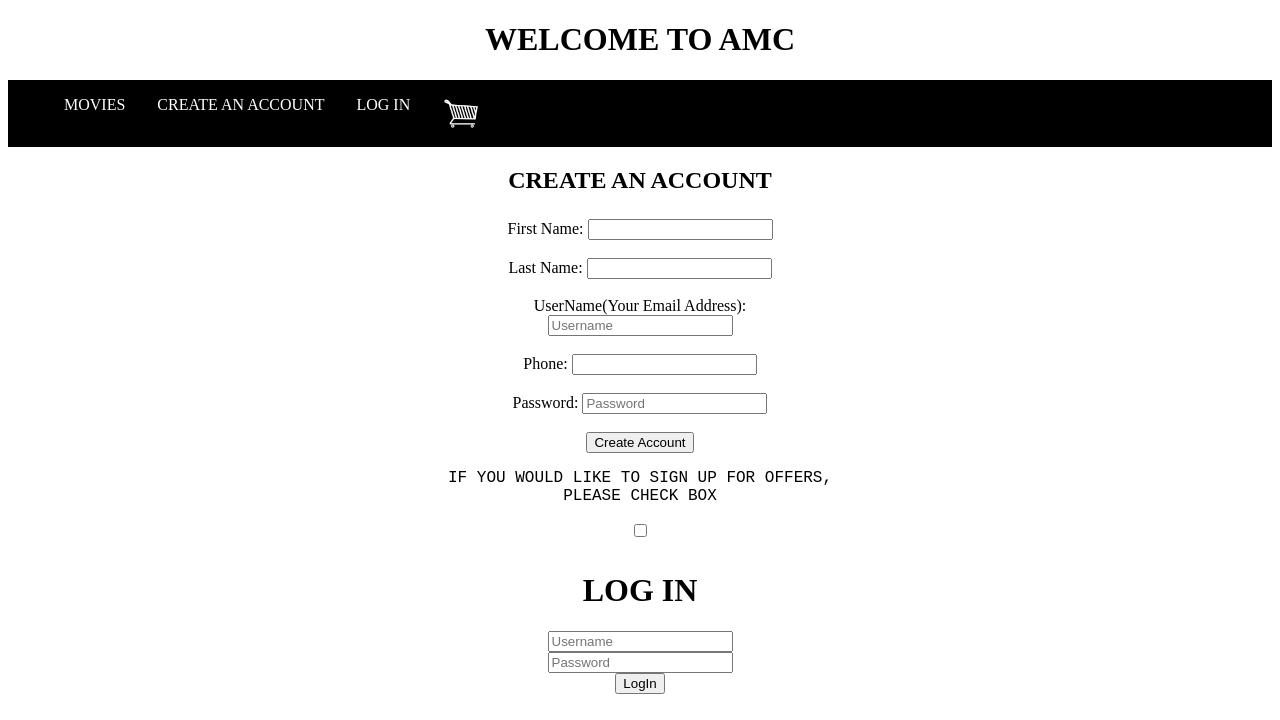
Repository: TagninaShama/CoreJavaJune2020
Page: http://localhost/FinalProject/addAccountForm
These files come from the project's save history. The page is drawn as it stood at one moment and after the next save; the edit follows.
The browser window is 1280 px wide. The pictures show the whole page.
The page is served by Tomcat 9. Other server files are loaded and not shown.

Above is the page before, as saved 2019-11-24 19:38:04.

### FinalProject/WebContent/CreateAccount.jsp
<!DOCTYPE html>
<html>
<head>
<meta charset="ISO-8859-1">
<link href="style.css" type="text/css" rel="stylesheet">
<title>AMC Theaters: Create An Account</title>
</head>

<body>
<header>
<h1><center>Welcome to AMC </center></h1>
<nav>
<ul>
<li><a href="MovieServlet">Movies</a></li>
<li><a href="addAccountForm">Create an Account</a></li>
<li><a href="LogInForm">Log In </a></li>
<li><a href="cart.jsp" id="cartLogo"><img src="images/cart2.png" alt="" id="cartLogo"/></a></li>
</ul>
</nav>
</header>

<h2><center>Create An Account</center></h2>

<form name=addForm action=AddAccount method=post>
<label>First Name:</label>
<input type="text" name="firstName"  value=""/>
<br><br>
<label>Last Name:</label>
<input type="text" name="lastName"  value=""/>
<br><br>
<label>UserName(Your Email Address):</label>
<input type ="text" name="emailAddress" placeholder="Username" required>
<br><br>
<label>Phone:</label>
<input type="text" name="customerPhoneNo"  value=""/>
<br><br>
<label>Password:</label>
<input type = "password" name="password" placeholder="Password" required>
<br><br>
<input type="submit" name="submit" value="Create Account"/>
<br>
<p>If you would like to sign up for offers, please check box </p>
<input type="checkbox" name="subscribe" value="Subscribe For Emails"/>

</form>


<form id = "LogIn" action= "LogIN" method="POST">
<h1>Log In</h1>

<input type ="text" name="username" placeholder="Username" required> <br>
<input type = "password" name="password" placeholder="Password" required> <br>
<input type="submit"value="LogIn"> <br>
${errorMessage}
</form>


</body>
</html>

### FinalProject/src/controller/AddAccountFormServlet.java
package controller;

import java.io.IOException;

import javax.servlet.RequestDispatcher;
import javax.servlet.ServletException;
import javax.servlet.annotation.WebServlet;
import javax.servlet.http.HttpServlet;
import javax.servlet.http.HttpServletRequest;
import javax.servlet.http.HttpServletResponse;


/**
 * Servlet implementation class AddAccountFormServlet
 */
@WebServlet("/addAccountForm")
public class AddAccountFormServlet extends HttpServlet {
	private static final long serialVersionUID = 1L;

    /**
     * @see HttpServlet#HttpServlet()
     */
    public AddAccountFormServlet() {
        super();
        // TODO Auto-generated constructor stub
    }

	/**
	 * @see HttpServlet#doGet(HttpServletRequest request, HttpServletResponse response)
	 */
    protected void doGet(HttpServletRequest request, HttpServletResponse response) throws ServletException, IOException {
		doPost(request, response);
	}

	/**
	 * @see HttpServlet#doPost(HttpServletRequest request, HttpServletResponse response)
	 */
	protected void doPost(HttpServletRequest request, HttpServletResponse response) throws ServletException, IOException {
		String url = "CreateAccount.jsp";

		RequestDispatcher dispatcher = request.getRequestDispatcher(url);
		dispatcher.forward(request, response);
	}


}

### FinalProject/WebContent/style.css
@charset "ISO-8859-1";

p{
	text-align: center;
	font-size:16px;
	color:black;
	text-transform: uppercase;
	font-family:"Courier new", Verdana, Times;
}

ul {
	list-style-type: none;
	margin: auto;
	padding: auto;
	overflow: hidden;
	background-color: black;

}

li {
	float: left;
}

li a, #username {
	display: block;
	color: white;
	text-align: center;
	padding: 16px 16px;
	text-decoration: none;

}

li a:hover {
	background-color: red;
	margin: auto;
	padding: auto;
	overflow: hidden;
}

form {
	margin-left: auto;
	margin-right: auto;
	text-align: center;
	padding: 5px;
	width: 400px;

}

img, td{
	height: 300px;
	width: 225px;
}


#cartLogo {
	height: 35px;
	width: 40px;
	background-color: black;
	float: right;
	text-align: right;
	margin: auto;
	padding: auto;
	overflow: hidden;

}

h1, h2, ul{
	text-transform: uppercase;
}

After the next save:
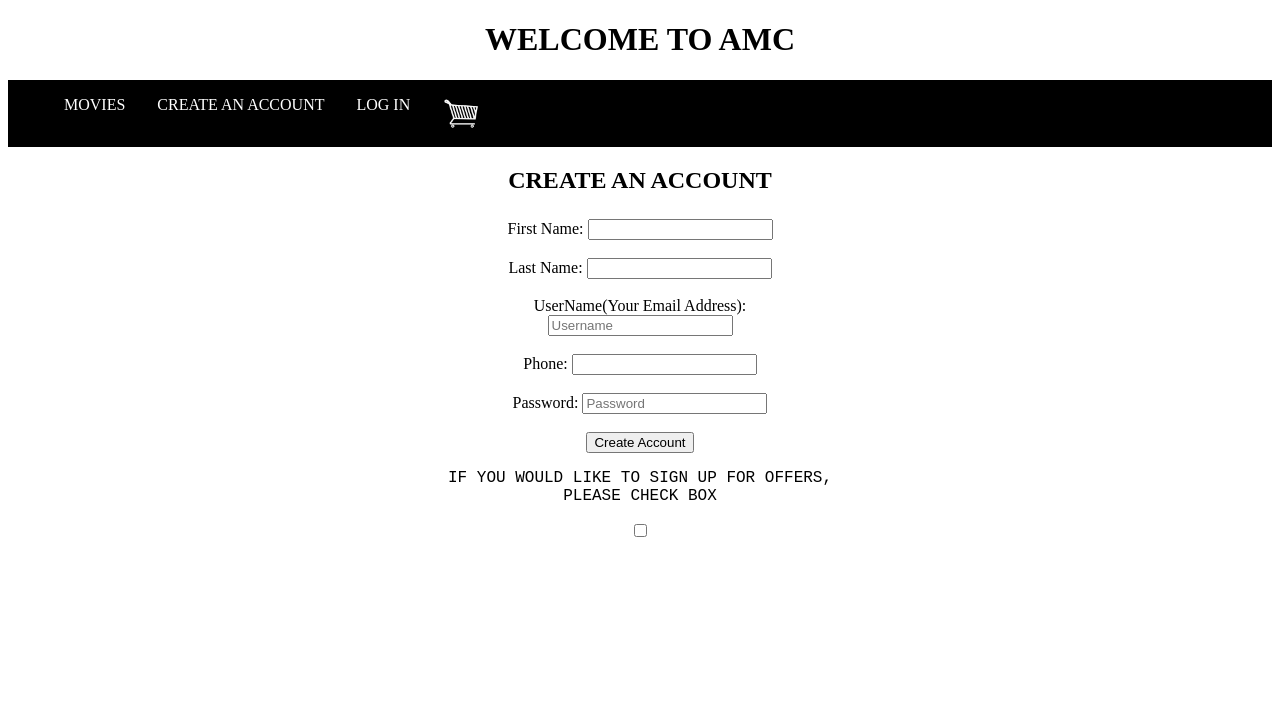
Saved 38 s later.
--- a/FinalProject/WebContent/CreateAccount.jsp
+++ b/FinalProject/WebContent/CreateAccount.jsp
@@ -39,20 +39,13 @@
 <br><br>
 <input type="submit" name="submit" value="Create Account"/>
 <br>
+${errorMessage}
 <p>If you would like to sign up for offers, please check box </p>
 <input type="checkbox" name="subscribe" value="Subscribe For Emails"/>
 
 </form>
 
 
-<form id = "LogIn" action= "LogIN" method="POST">
-<h1>Log In</h1>
-
-<input type ="text" name="username" placeholder="Username" required> <br>
-<input type = "password" name="password" placeholder="Password" required> <br>
-<input type="submit"value="LogIn"> <br>
-${errorMessage}
-</form>
 
 
 </body>
